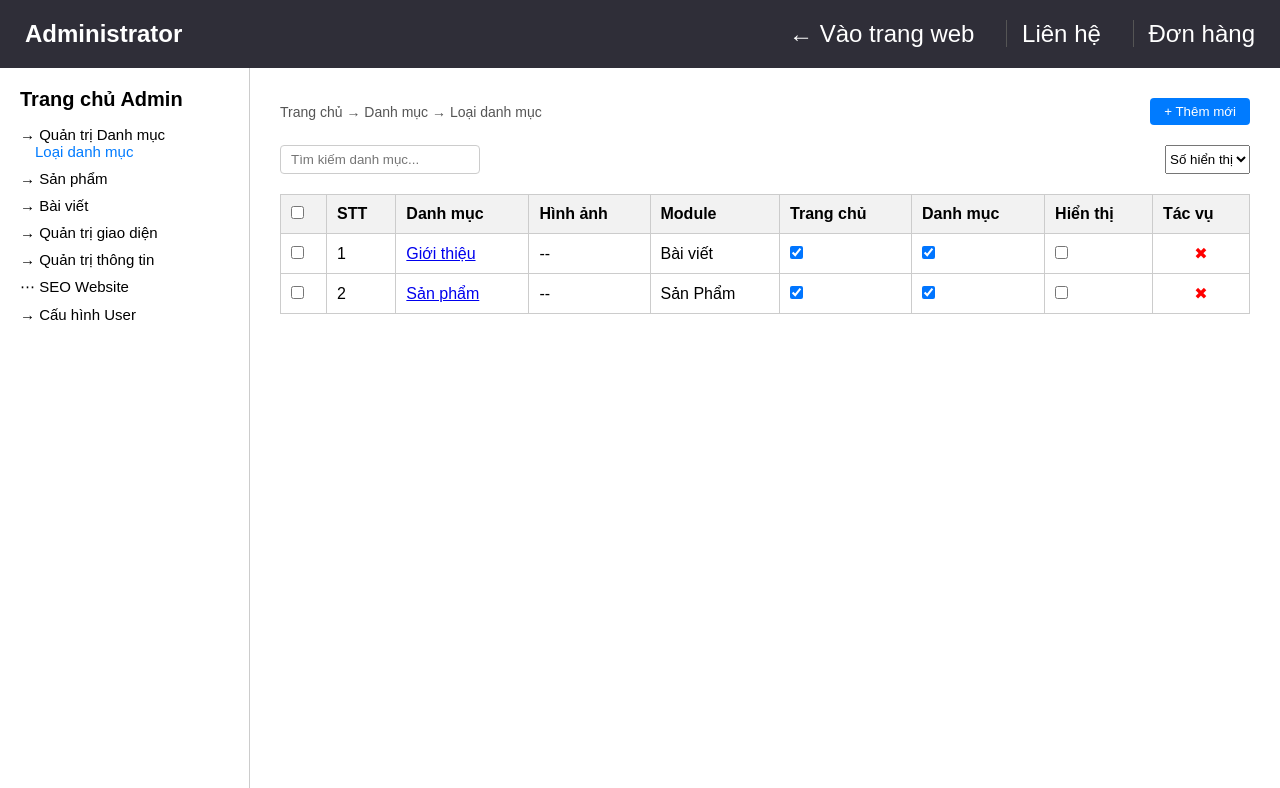
Repository: TranTanDat0606/Du-An-1
Page: Admin]/admin.html
An editor plug-in stored every save of this project. The page is shown before and after a run of saves, followed by the edit.
The browser window is 1280 px wide. The pictures show the whole page.

Above is the page before, as saved 2025-07-30 14:46:23.

### Admin]/admin.html
<!DOCTYPE html>
<html lang="vi">
<head>
    <meta charset="UTF-8" />
    <meta name="viewport" content="width=device-width, initial-scale=1.0"/>
    <title>Quản lý danh mục</title>
    <link rel="stylesheet" href="admin.css" />
</head>
<body>
    <header class="topbar">
    <div class="topbar-left">Administrator</div>
    <div class="topbar-right">
    <a href="#">← Vào trang web</a>
    <a href="#">Liên hệ</a>
    <a href="#">Đơn hàng</a></div>
</header>
    <div class="admin-container">
    <aside class="sidebar">
    <h2>Trang chủ Admin</h2>
    <ul>
        <li>→ Quản trị Danh mục
    <ul class="submenu">
            <li><a href="#">Loại danh mục</a></li>
    </ul>
        </li>
        <li>→ Sản phẩm</li>
        <li>→ Bài viết</li>
        <li>→ Quản trị giao diện</li>
        <li>→ Quản trị thông tin</li>
        <li>⋯ SEO Website</li>
        <li>→ Cấu hình User</li>
    </ul>
    </aside>
    <main class="main-content">
    <div class="header-bar">
        <span class="breadcrumbs">Trang chủ → Danh mục → Loại danh mục</span>
        <button class="btn-new">+ Thêm mới</button>
    </div>

    <div class="table-toolbar">
        <input type="text" class="search-input" placeholder="Tìm kiếm danh mục..." />
        <select>
    <option>Số hiển thị</option>
        </select>
    </div>
    <table>
        <thead>
    <tr>
            <th><input type="checkbox" /></th>
            <th>STT</th>
            <th>Danh mục</th>
            <th>Hình ảnh</th>
            <th>Module</th>
            <th>Trang chủ</th>
            <th>Danh mục</th>
            <th>Hiển thị</th>
            <th>Tác vụ</th>
    </tr>
        </thead>
        <tbody>
    <tr>
            <td><input type="checkbox" /></td>
            <td>1</td>
            <td><a href="#">Giới thiệu</a></td>
            <td>--</td>
            <td>Bài viết</td>
            <td><input type="checkbox" checked /></td>
            <td><input type="checkbox" checked /></td>
            <td><input type="checkbox" /></td>
            <td class="text-danger">✖</td>
    </tr>
    <tr>
            <td><input type="checkbox" /></td>
            <td>2</td>
            <td><a href="#">Sản phẩm</a></td>
            <td>--</td>
            <td>Sản Phẩm</td>
            <td><input type="checkbox" checked /></td>
            <td><input type="checkbox" checked /></td>
            <td><input type="checkbox" /></td>
            <td class="text-danger">✖</td>
    </tr>
        </tbody>
    </table>
    </main>
    </div>
</body>
</html>

### Admin]/admin.css
* {
    margin: 0;
    padding: 0;
    box-sizing: border-box;
    font-family: sans-serif;
}
/* header */
/* Topbar admin */
.topbar {
    background-color: #2f2e38;
    color: white;
    display: flex;
    justify-content: space-between;
    align-items: center;
    padding: 20px 25px;
    font-size: 24px;
}

.topbar-left {
    font-weight: bold;
}

.topbar-right a {
    color: white;
    text-decoration: none;
    margin-left: 25px;
    border-left: 1px solid #555;
    padding-left: 15px;
}

.topbar-right a:first-child {
    border-left: none;
    padding-left: 0;
}
body {
    background: #f5f5f5;
}

.admin-container {
    display: flex;
    height: 100vh;
}

/* Sidebar */
.sidebar {
    width: 250px;
    background: #fff;
    border-right: 1px solid #ccc;
    padding: 20px;
}

.sidebar h2 {
    margin-bottom: 15px;
    font-size: 20px;
}

.sidebar ul {
    list-style: none;
}

.sidebar li {
    margin-bottom: 10px;
    font-size: 15px;
}

.sidebar .submenu {
    margin-left: 15px;
}

.sidebar a {
    color: #007bff;
    text-decoration: none;
}

/* Main Content */
.main-content {
    flex: 1;
    padding: 30px;
    background: #fff;
}

.header-bar {
    display: flex;
    justify-content: space-between;
    align-items: center;
}

.breadcrumbs {
    color: #555;
    font-size: 14px;
}

.btn-new {
    background: #007bff;
    color: #fff;
    border: none;
    padding: 6px 14px;
    border-radius: 4px;
    cursor: pointer;
}

.table-toolbar {
    margin: 20px 0;
    display: flex;
    justify-content: space-between;
}

.search-input {
    padding: 6px 10px;
    width: 200px;
    border: 1px solid #ccc;
    border-radius: 4px;
}

table {
    width: 100%;
    border-collapse: collapse;
    background: #fff;
}

table th,
table td {
    border: 1px solid #ccc;
    padding: 10px;
    text-align: left;
}

table th {
    background: #f2f2f2;
}

.text-danger {
    color: red;
    text-align: center;
}

After the next 2 saves:
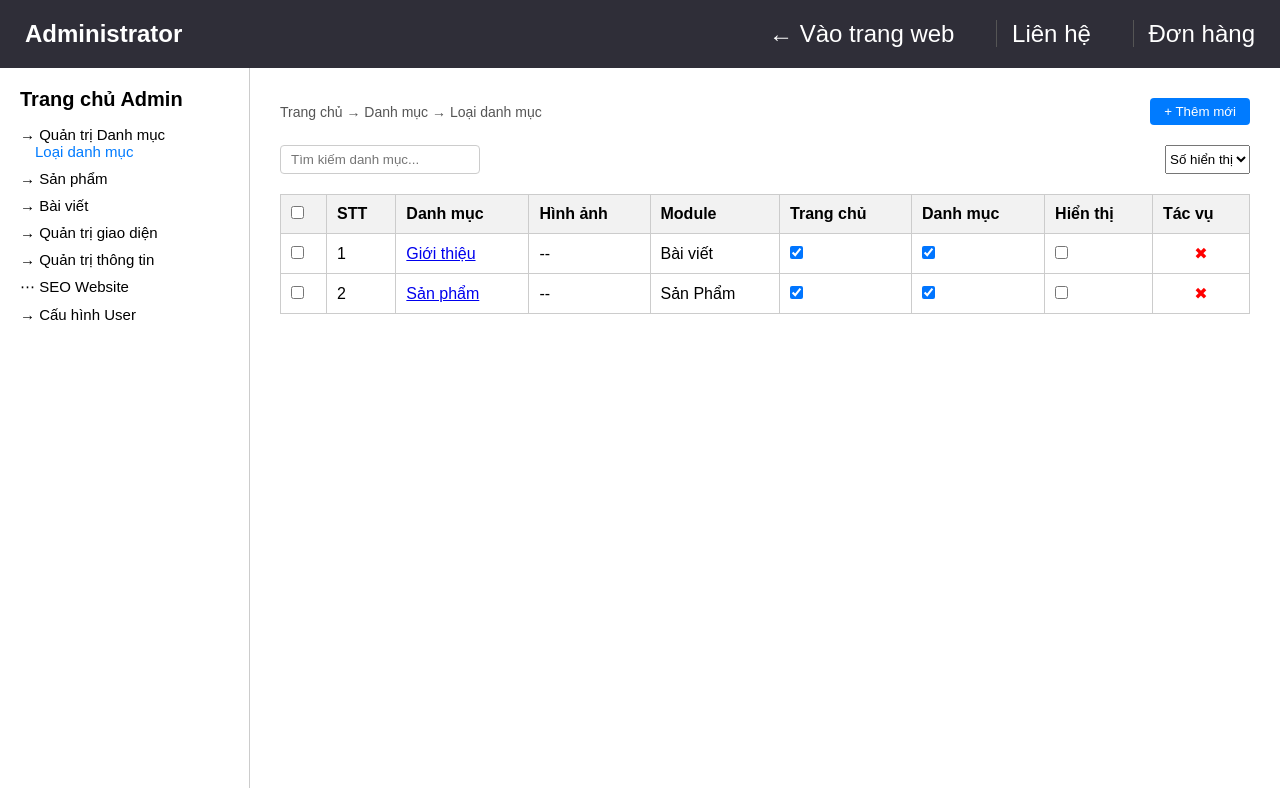
The 2 saves are shown as one change because they came seconds apart.
The last was saved 2 min 51 s later.
--- a/Admin]/admin.css
+++ b/Admin]/admin.css
@@ -23,7 +23,7 @@
 .topbar-right a {
     color: white;
     text-decoration: none;
-    margin-left: 25px;
+    margin-left: 35px;
     border-left: 1px solid #555;
     padding-left: 15px;
 }
